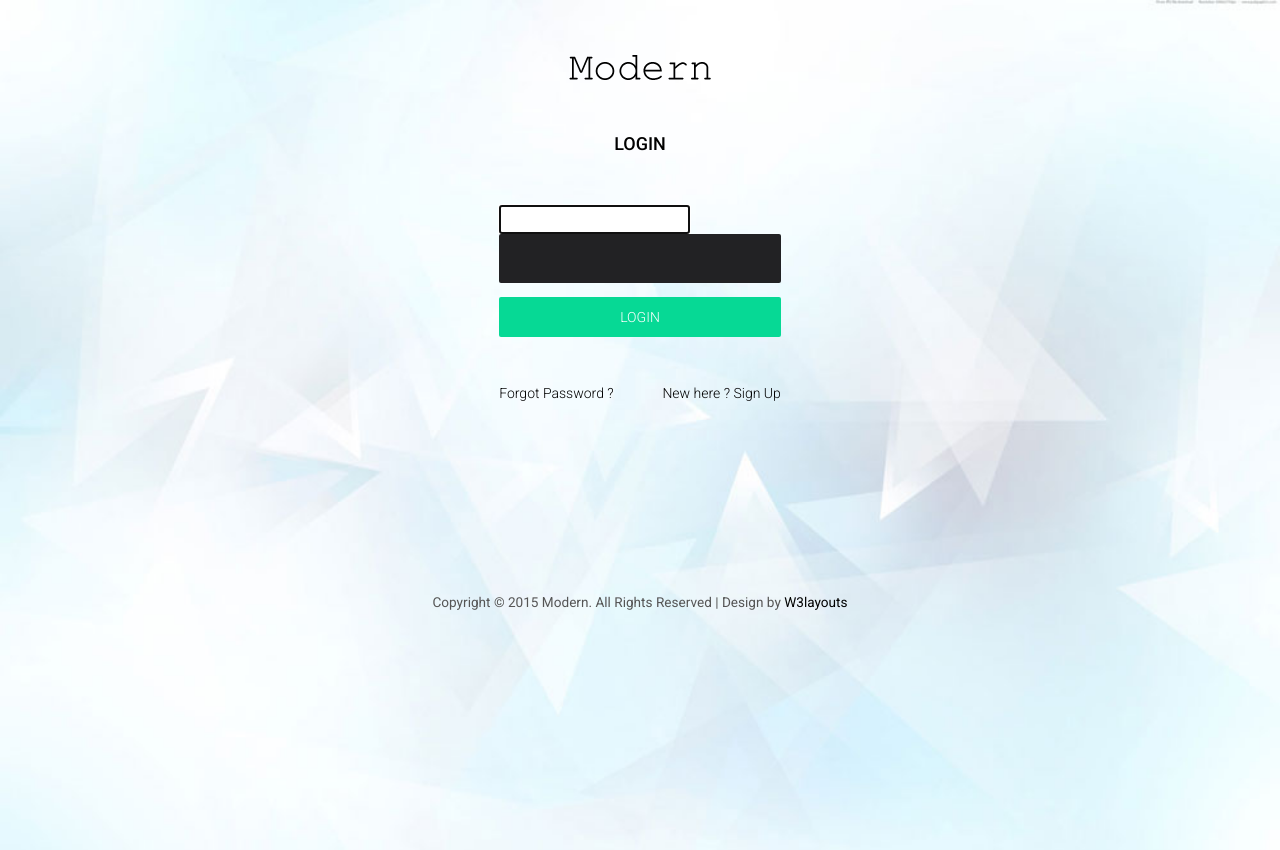
Repository: NomanMustafa/laravel-blog
Page: http://localhost/login
An editor plug-in stored every save of this project. The page is shown before and after the next save, followed by the edit.
The browser window is 1280 px wide. The pictures show the whole page.
The page is served by the project's Laravel application, run on PHP 8.4 with Laravel 8.

Above is the page before, as saved 2020-07-04 23:03:31.

After the next save:
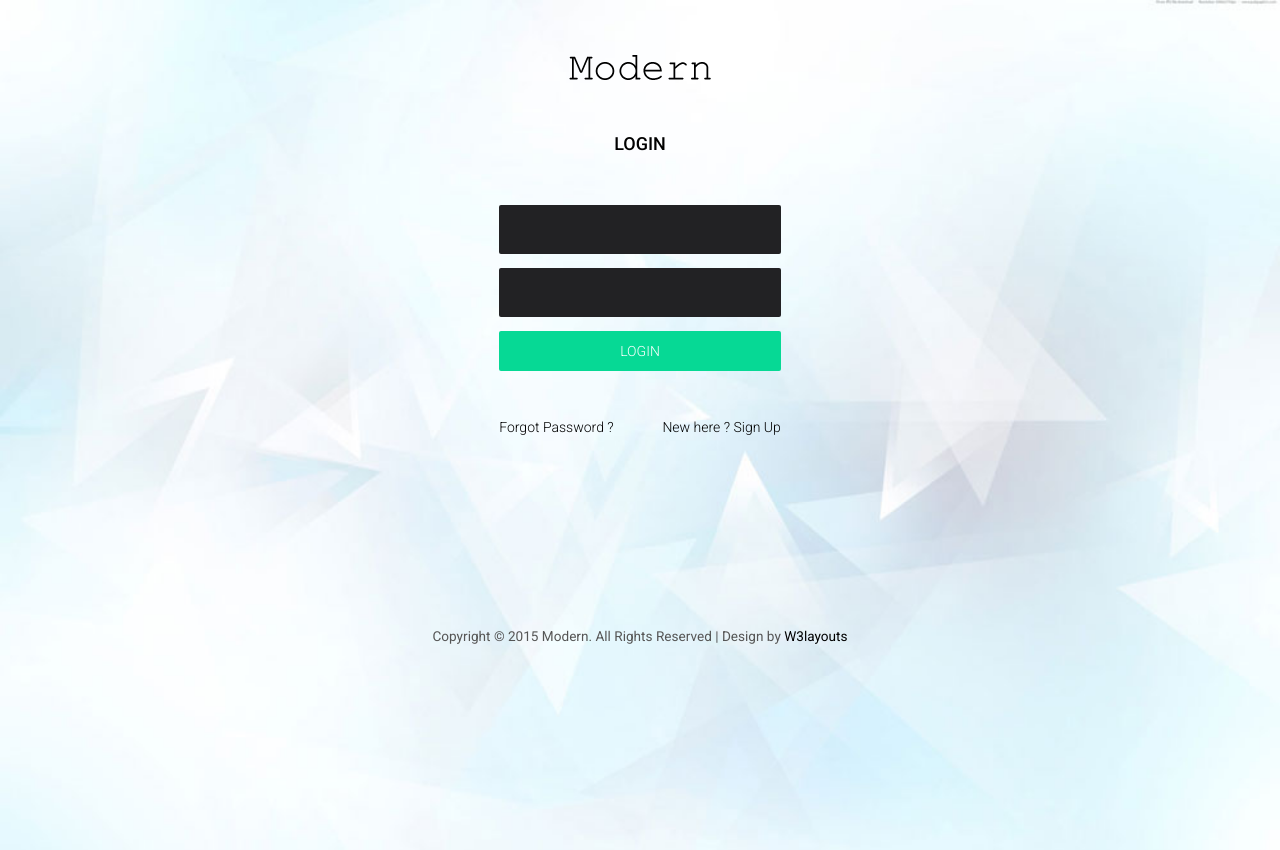
Saved 23 s later.
--- a/resources/views/auth/login.blade.php
+++ b/resources/views/auth/login.blade.php
@@ -37,7 +37,7 @@ Smartphone Compatible web template, free webdesigns for Nokia, Samsung, LG, Sony
     <div class="app-cam">
         <form method="POST" action="{{ route('login') }}">
             @csrf
-            <input type="email" class="text" @error('email') is-invalid @enderror" name="email" value="{{ old('email') }}" required autocomplete="email" autofocus>
+            <input type="text" class="text" @error('email') is-invalid @enderror" name="email" value="{{ old('email') }}" required autocomplete="email" autofocus>
             @error('email')
             <span class="invalid-feedback" role="alert">
                 <strong>{{ $message }}</strong>
